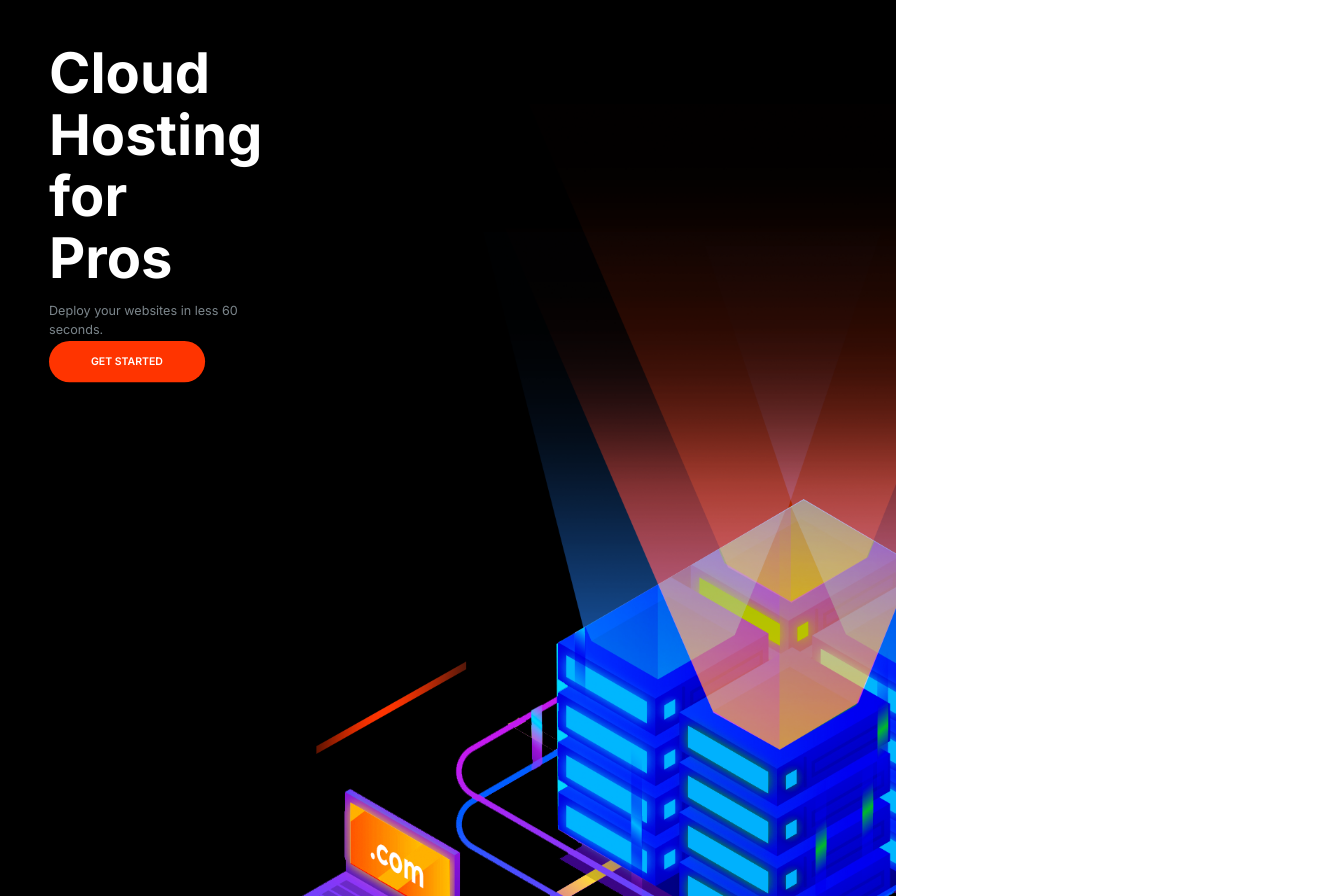
Repository: LeonUIO/first_website
Page: index.html
The author's editor kept a copy of each file at every save. The page is drawn from the files as they stood at one save, then again after a run of saves.
The browser window is 1280 px wide. The page is 1907 px wide, so the pictures cover 1907 px, including what lies to the right of the window. The pictures show the part of the page from y = 0 to 1280 px (the page is 1816 px tall), at 70% of full size.

Above is the page before, as saved 2021-04-10 16:03:20.

After the next 2 saves:
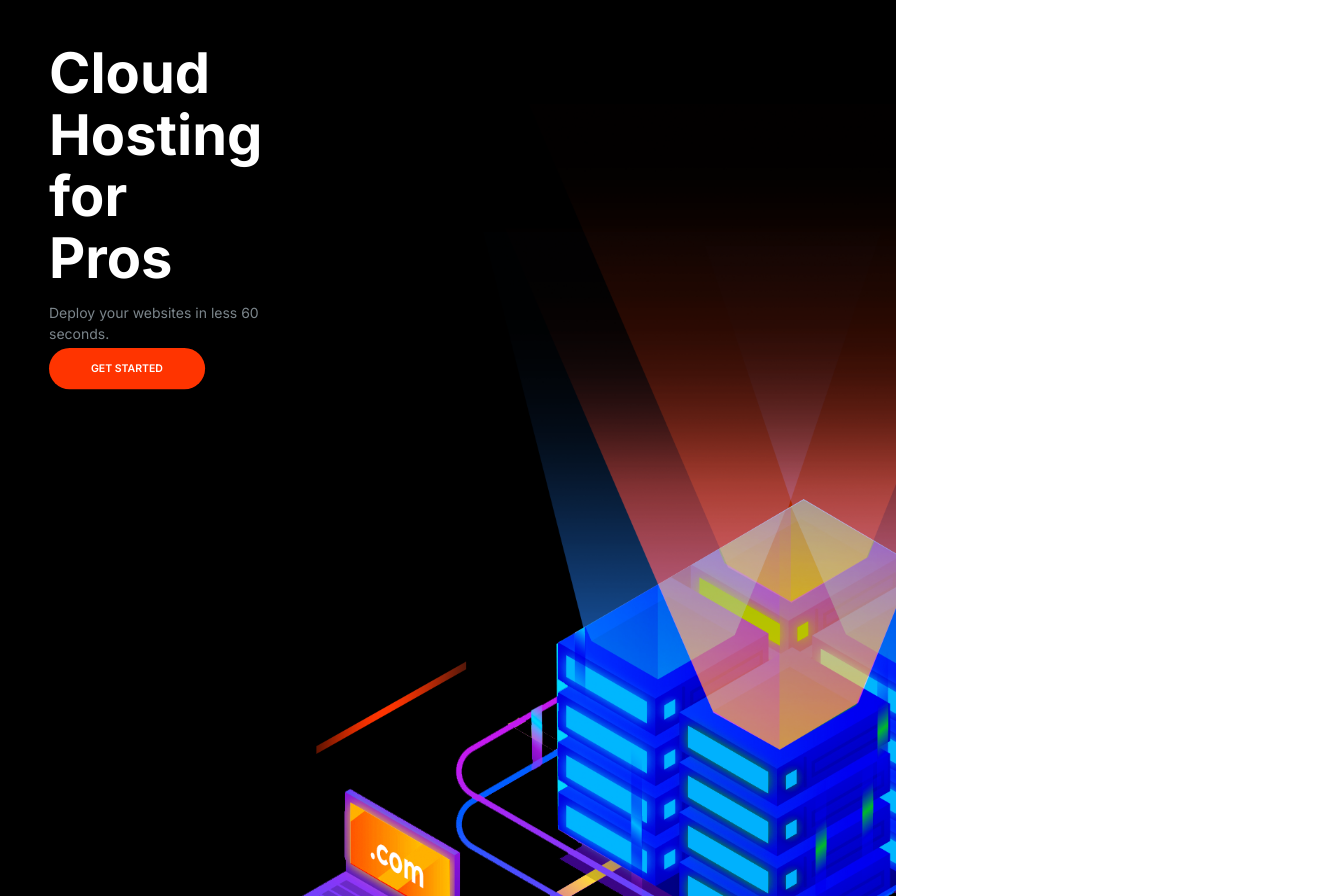
The 2 saves are shown as one change because they came seconds apart.
The last was saved 19 s later.
--- a/css/styles.css
+++ b/css/styles.css
@@ -675,5 +675,6 @@
 
 /* Hero */
 .hero__tagline {
-
-}
+  font-size: 2rem;
+
+}
